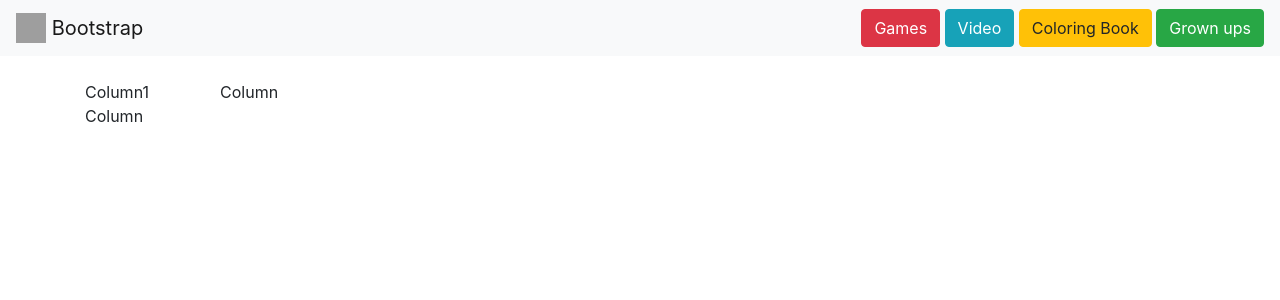
Repository: kkyler24/MCLA
Page: Home.html
An editor plug-in stored every save of this project. The page is shown before and after the next save, followed by the edit.
The browser window is 1280 px wide. The pictures show the whole page.
Pictures or frames that could not be fetched are drawn as grey boxes. Some web libraries are served in a nearby version.

Above is the page before, as saved 2020-04-20 21:42:06.

After the next save:
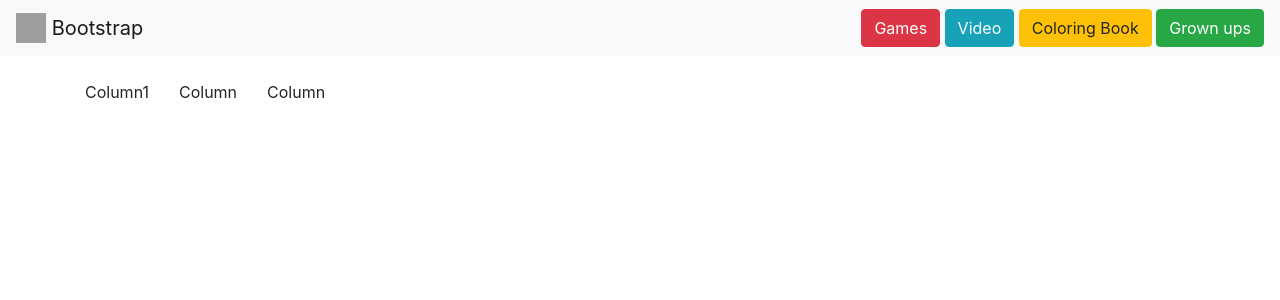
Saved 39 s later.
--- a/Home.html
+++ b/Home.html
@@ -34,10 +34,10 @@
 
       <div id="mainContainerHtml" class="container d-flex align-content-center">
         <div class="row">
-          <div class="col">Column1 </div>
+          <div class="col">Column1</div>
 
           <div class="col">Column</div>
-          <div class="w-100"></div>
+
           <div class="col">Column</div>
         </div>
       </div>
